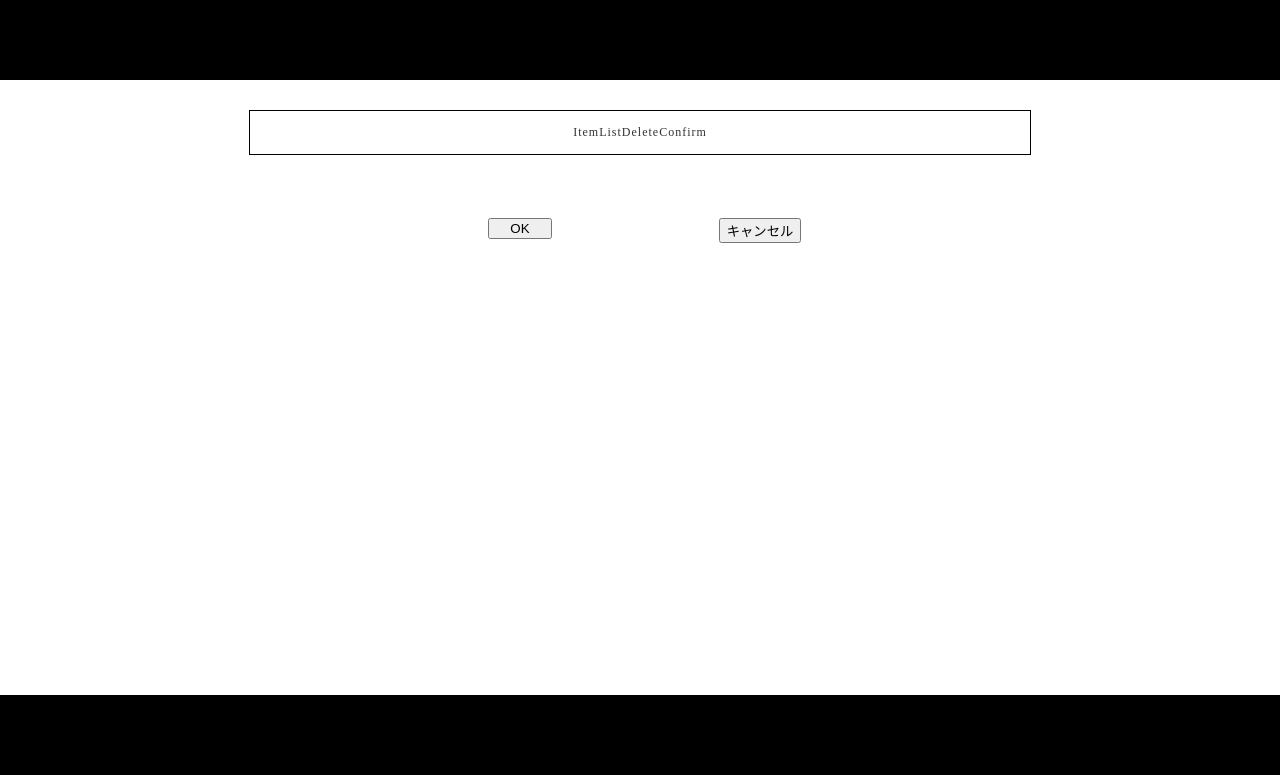
Repository: kazuki000/test
Page: http://localhost/ecsite/itemListDeleteConfirm.jsp
An editor plug-in stored every save of this project. The page is shown before and after the next save, followed by the edit.
The browser window is 1280 px wide. The pictures show the whole page.
Some web libraries are served in a nearby version. The page is served by Tomcat 9.

Above is the page before, as saved 2019-05-04 06:51:58.

After the next save:
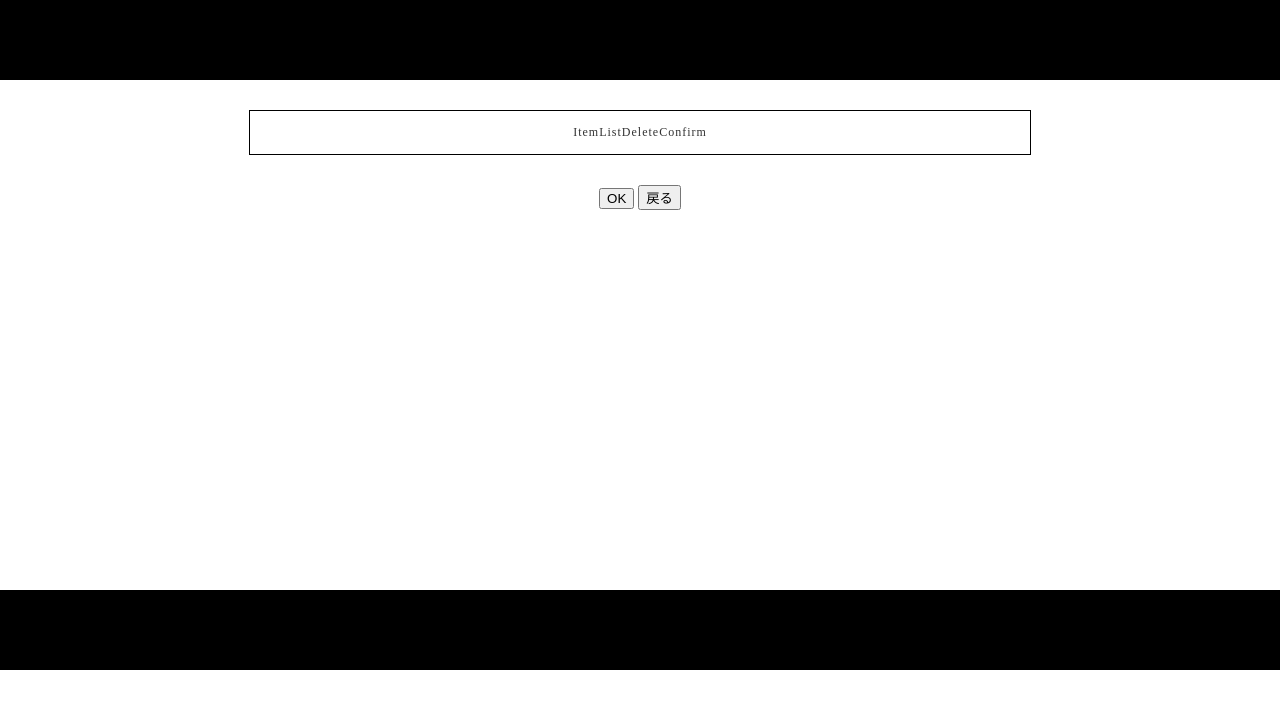
Saved 8 min 32 s later.
--- a/ecsite/WebContent/itemListDeleteConfirm.jsp
+++ b/ecsite/WebContent/itemListDeleteConfirm.jsp
@@ -10,6 +10,7 @@
 	<meta http-equiv="imagetoolbar" content="no"/>
 	<meta http-equiv="description" content=""/>
 	<meta http-equiv="keywords" content=""/>
+	 <script src="http://ajax.googleapis.com/ajax/libs/jquery/1.9.1/jquery.min.js"></script>
 	<title>Insert title here</title>
 
 	<style type="text/css">
@@ -53,44 +54,26 @@
 		width:100%;
 		height:80px;
 		background-color:black;
-		clear:both;
 	}
-
-	#main-contents{
-		width:100%;
-		text-align:center;
-		padding-top:30px;
-	}
-
-	#left{
-		width:50%;
-		height:480px;
-		float:left;
 
 
 
 
 	}
 
-	#right{
-		width:50%;
-		height:480px;
-		float:right;
 
 
 
 
 	}
 
-	#red{padding-left:400px;
-
-	}
-
-	#blue{
-		padding-right:400px;
-	}
-
 	</style>
+	 <script type="text/javascript">
+              function submitAction(url){
+                       $('form').attr('action',url);
+                       $('form').submit();
+              }
+      </script>
 </head>
 <body>
 	<div id="header">
@@ -101,21 +84,10 @@
 			<div id="top">
 					<p>ItemListDeleteConfirm</p>
 			</div>
-			<div id="main-contents">
-				<div id="left">
-				<div id="red">
-				<s:form action="ItemListDeleteCompleteAction">
-					<s:submit value="    OK    "/>
-				</s:form>
-			</div>
-			</div>
+			<div>
+				<input type="button" value="OK" onclick="submitAction('ItemListDeleteCompleteAction')"/>
+				<input type="button" value="戻る" onclick="submitAction('AdminAction')"/>
 
-			<div id="right">
-			<div id="blue">
-			<s:form action="ItemListAction">
-				<s:submit value="キャンセル"/>
-			</s:form>
-			</div>
 		</div>
 		</div>
 	</div>

After the 4 saves that followed:
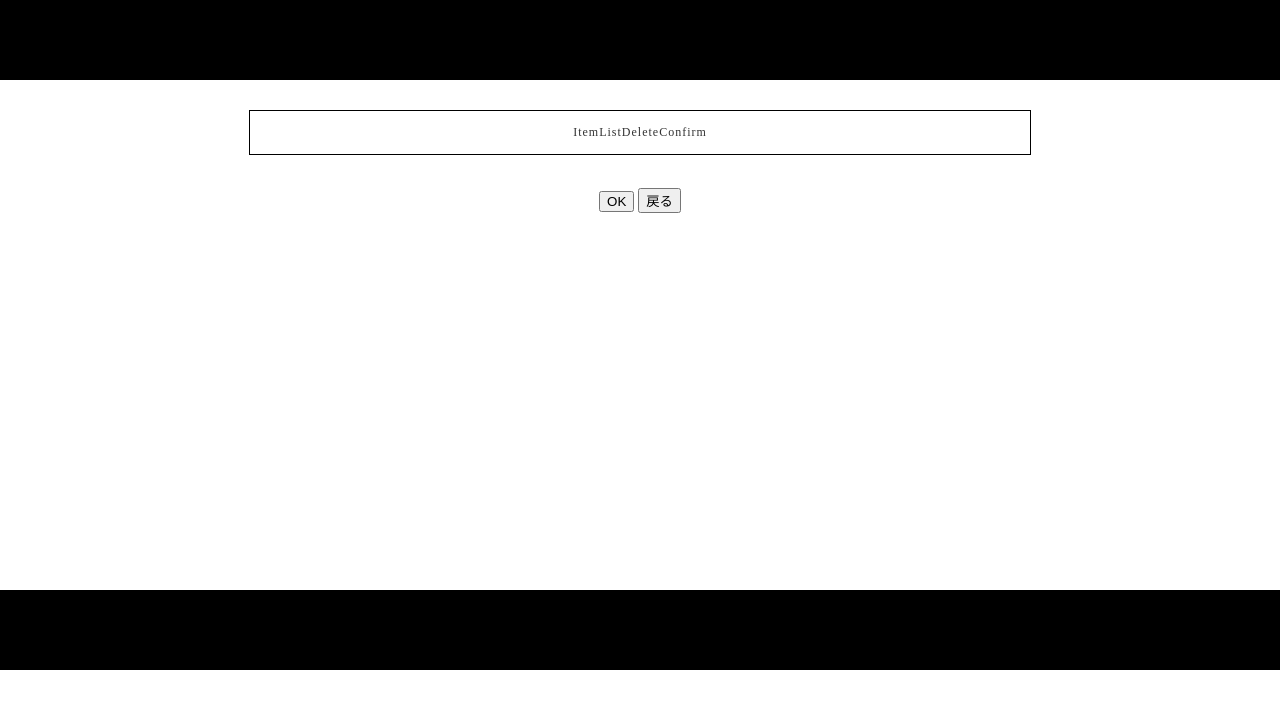
The 4 saves are shown as one change because 3 left the picture as it was.
The last was saved 10 min 48 s later.
--- a/ecsite/WebContent/itemListDeleteConfirm.jsp
+++ b/ecsite/WebContent/itemListDeleteConfirm.jsp
@@ -84,13 +84,18 @@
 			<div id="top">
 					<p>ItemListDeleteConfirm</p>
 			</div>
-			<div>
+			<s:form>
+				<tr>
+					<td>
 				<input type="button" value="OK" onclick="submitAction('ItemListDeleteCompleteAction')"/>
 				<input type="button" value="戻る" onclick="submitAction('AdminAction')"/>
+				</td>
+			</tr>
+			</s:form>
+
 
 		</div>
-		</div>
-	</div>
+
 		<div id="footer">
 				<div id="pr">
 				</div>
